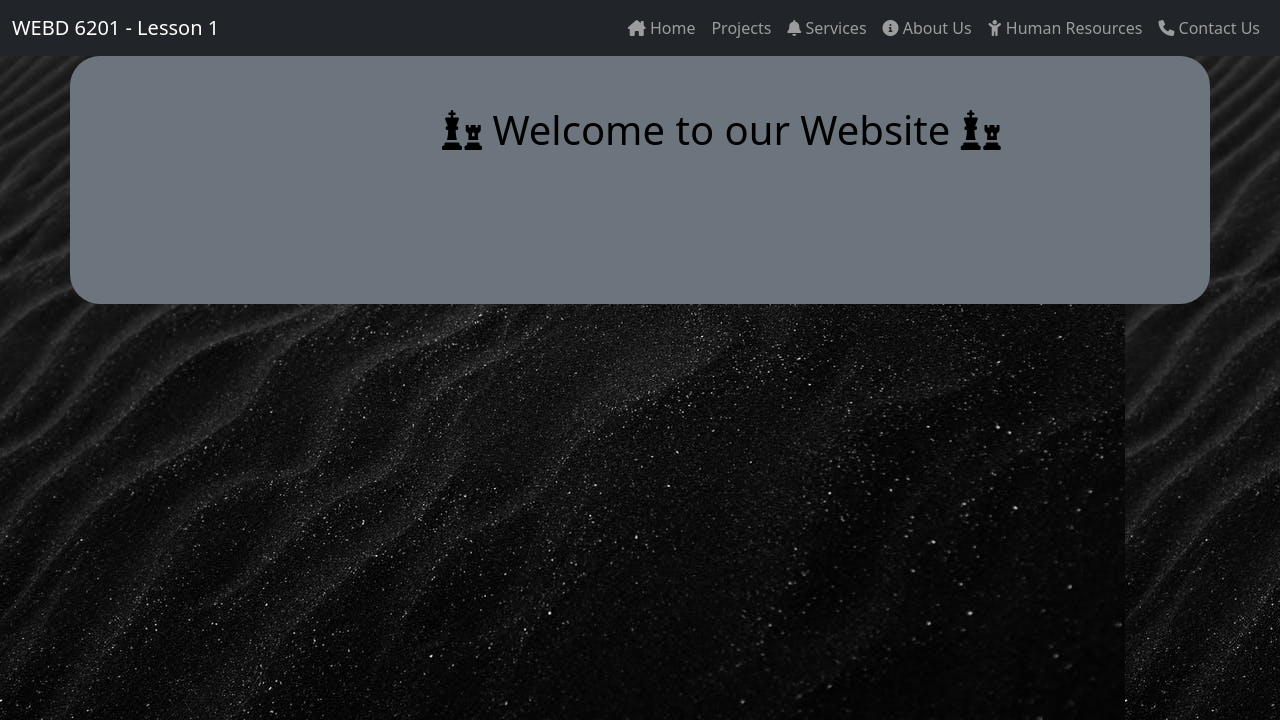
Repository: devanshudave1901/DevanshuDave_AngaranYogeswaranLab2
Page: index.html
An editor plug-in stored every save of this project. The page is shown before and after the next save, followed by the edit.
The browser window is 1280 px wide. The pictures show the whole page.

Above is the page before, as saved 2022-02-11 21:47:50.

### index.html
<!DOCTYPE html>
<html lang="en">
  <head>
    <meta charset="UTF-8" />
    <meta http-equiv="X-UA-Compatible" content="IE=edge" />
    <meta name="viewport" content="width=device-width, initial-scale=1.0" />
    <title>Home</title>
    <link
      rel="stylesheet"
      href="./node_modules/bootstrap/dist/css/bootstrap.min.css"
    />
    <link
      rel="stylesheet"
      href="./node_modules/@fortawesome/fontawesome-free/css/all.min.css"
    />
    <link rel="stylesheet" href="./Content/app.css" />
    <script src="./Scripts/app.js"></script>
  </head>
  <body>
    <nav class="navbar navbar-expand-lg navbar-dark bg-dark">
      <div class="container-fluid">
        <a class="navbar-brand" href="#">WEBD 6201 - Lesson 1</a>
        <button
          class="navbar-toggler"
          type="button"
          data-bs-toggle="collapse"
          data-bs-target="#navbarSupportedContent"
          aria-controls="navbarSupportedContent"
          aria-expanded="false"
          aria-label="Toggle navigation"
        >
          <span class="navbar-toggler-icon"></span>
        </button>
        <div class="collapse navbar-collapse" id="navbarSupportedContent">
          <ul class="navbar-nav ms-auto">
            <li class="nav-item active">
              <a class="nav-link" aria-current="page" href="./index.html"
                ><i class="fa-solid fa-house-chimney"></i> Home</a
              >
            </li>

            <li class="nav-item">
              <a class="nav-link" id="productsLink" href="./products.html"
                ><i class="fa-solid fa-th"></i> Products</a
              >
            </li>
            <li class="nav-item">
              <a class="nav-link" href="./services.html"
                ><i class="fa-solid fa-bell"></i> Services</a
              >
            </li>
            <li class="nav-item">
              <a class="nav-link" href="./about.html">
                <i class="fa-solid fa-circle-info"></i> About Us</a
              >
            </li>
            <li class="nav-item" id="humanResources"></li>
            <li class="nav-item">
              <a class="nav-link" href="./contact.html">
                <i class="fa-solid fa-phone"></i> Contact Us</a
              >
            </li>
          </ul>
        </div>
      </div>
    </nav>

    <div class="jumbotron bg-secondary container" id="contentArea">
      <h1 id="heading3"></h1>
    </div>
    <!-- 3RD Party Library-->
    <script src="./node_modules/jquery/dist/jquery.min.js"></script>
    <script src="./node_modules/bootstrap/dist/js/bootstrap.min.js"></script>
  </body>
</html>

### Content/app.css
#Contactform {
  padding: 10px 90px 50px 100px;
}
#Contactform label {
  color: cornsilk;
  padding-bottom: 10px;
  padding-top: 10px;
}

#Contactform button {
  margin-top: 20px;
  margin-left: 500px;
}
.formInputBox {
  padding-left: 60px;
  margin: 8px 0;
  border: dashed;
  box-sizing: border-box;
}

#contactId {
  padding-left: 520px;
  color: black;
}

* {
  box-sizing: border-box;
}

.column {
  float: left;
  width: 33.33%;
  padding: 20px;
}

/* Clearfix (clear floats) */
.row::after {
  content: "";
  clear: both;
  display: table;
}

#pArea {
  padding-top: 40px;
  padding-left: 250px;
  padding-bottom: 100px;
}
#pArea1 {
  padding-top: 40px;
  padding-left: 150px;
  padding-bottom: 100px;
  padding-right: 90px;
}
#contentArea {
  border-radius: 30px;
  color: white;
}

#aboutId {
  padding-left: 520px;
  color: black;
}
#serviceID {
  padding-left: 520px;
  color: black;
}
#projectsID {
  padding-left: 520px;
  color: black;
}
#heading1 {
  color: white;
  padding-left: 5px;
  padding-top: 50px;
  padding-bottom: 20px;
}
#heading2 {
  padding-top: 50px;
}
#resumeLink {
  padding-top: 20px;
}
img {
  background-repeat: no-repeat;
}
#heading3 {
  color: black;
  padding-top: 50px;
  padding-left: 360px;
  padding-right: 100px;
  padding-bottom: 150px;
}

### Scripts/app.js
window.addEventListener("load", start);

var PageTimer = 0;
// Calling this function ever seo
function formTimer() {
  window.setInterval("updateTime()", 1000);
}

function updateTime() {
  ++PageTimer;

  if (PageTimer == 3) {
    window.location.href = "./index.html";
  }
}

function contactPage() {
  // alert(document.title);
  //Variable that is used to get the Element of the contactId
  var contactId = document.getElementById("contactId");
  //Setting the innnerHTMl of the contactId to have say contact us and show favicon
  contactId.innerHTML = " <i class = 'fa-solid fa-comments'></i> Contact Us";

  var currentLink1 = document.getElementById("productsLink");
  // alert(currentLink1.textContent);
  currentLink1.textContent = "";
  // need to add the icon in js
  // currentLink1.textContent = "<i class='fa-solid fa-th'></i>";
  currentLink1.textContent = "Projects";

  var humanResourcesLink = document.getElementById("humanResources");
  humanResourcesLink.innerHTML =
    " <a class='nav-link' href='#'> <i class = 'fa-solid fa-child'></i> Human Resources</a>";
  var submitButtonClick = document.getElementById("submitButton");
  submitButtonClick.addEventListener("click", function (event) {
    event.preventDefault();
    var inputName = document.getElementById("InputName").value;
    var inputEmailAddress = document.getElementById("InputEmail1").value;
    var inputNumber = document.getElementById("InputNumber").value;
    var inputMessage = document.getElementById("InputMessage").value;

    console.log(
      "User Form Input" +
        "\n Name of the User: " +
        inputName +
        "\n Number of the User: " +
        inputNumber +
        "\n Email of the User: " +
        inputEmailAddress +
        "\n Message of the User: " +
        inputMessage
    );
    //Setting the value of Input Name,Email,Number,and Message to blank
    document.getElementById("InputName").value = "";
    document.getElementById("InputEmail1").value = "";
    document.getElementById("InputNumber").value = "";
    document.getElementById("InputMessage").value = "";

    formTimer();
  });
  //Set the background of the page to the dc logo
  document.body.style.backgroundImage = "url('images/bgImage1.jpeg')";
  document.body.style.backgroundRepeat = "repeat";
}
function productPage() {
  //get the element of the projectID
  var projectsHeading = document.getElementById("projectsID");
  //Set the InnnerHtml to show box favicon and Our Projects text
  projectsHeading.innerHTML = " <i class = 'fa-solid fa-box'></i> Our Projects";

  var currentLink1 = document.getElementById("productsLink");
  // alert(currentLink1.textContent);
  currentLink1.textContent = "";
  // need to add the icon in js
  // currentLink1.textContent = "<i class='fa-solid fa-th'></i>";
  currentLink1.textContent = "Projects";
  //storing element of humanResources id in the humanResourcesLink
  var humanResourcesLink = document.getElementById("humanResources");
  //Setting the innnerHTML of the humanResourcesLink to print favicon and Human Resources text
  humanResourcesLink.innerHTML =
    " <a class='nav-link' href='#'> <i class = 'fa-solid fa-child'></i> Human Resources</a>";
  //setting the background image to the dc logo Jpeg
  document.body.style.backgroundImage = "url('images/dc logo.jpg')";
  //Storing the Element of paragraph1 in the paragraph1 variable
  var paragraph1 = document.getElementById("paragraph1");
  //Storing the text in the innerHTML of the paragraph1
  paragraph1.innerHTML =
    "This was one of our first programming assignments in this Durham College Program" +
    " and this was one of the first assignments that we both really enjoyed building with" +
    " in the Python Programming Language.";
  //Storing the Element of paragraph2 in the paragraph2 variable
  var paragraph2 = document.getElementById("paragraph2");
  //Storing the text in the innerHTML of the paragraph2
  paragraph2.innerHTML =
    "This was one assignment that we had to do for our Systems" +
    " Automation class we enjoyed this assignemnt becuase it was great" +
    " to learn about this new technology that we could use for testing" +
    " websites and applications.";
  //Storing the Element of paragraph3 in the paragraph3 variable
  var paragraph3 = document.getElementById("paragraph3");
  //Storing the text in the innerHTML of the paragraph3
  paragraph3.innerHTML =
    "This was our Linux assignment where we had to use packet managers" +
    " to find applications and install them using Command Line prompts in" +
    " the Linux operating system. This was one of our favourites becuase" +
    " it was great to learn about the Linux operating system becuase it" +
    " was new to us.";
}

function servicePage() {
  //Storing the Element of paragraph1 in the paragraph1 variable
  var ServiceHeading = document.getElementById("serviceID");
  //Setting the innerHTML of ServiceHeading to truck favicon and to print Our Services
  ServiceHeading.innerHTML =
    " <i class = 'fa-solid fa-truck'></i> Our Services";
  //Storing the Element of productsLink to currentLink1 variable
  var currentLink1 = document.getElementById("productsLink");
  //Setting the textContent of the currentLink1 to nothing
  currentLink1.textContent = "";
  // need to add the icon in js
  // currentLink1.textContent = "<i class='fa-solid fa-th'></i>";
  currentLink1.textContent = "Projects";
  //Storing the element of the humanResources to the humanResourcesLink
  var humanResourcesLink = document.getElementById("humanResources");
  //Setting the innnerHTML of the humanResourcesLink to print favicon and Human Resources
  humanResourcesLink.innerHTML =
    " <a class='nav-link' href='#'> <i class = 'fa-solid fa-child'></i> Human Resources</a>";
  //Set background to dc logo image.
  document.body.style.backgroundImage = "url('images/dc logo.jpg')";
  //Storing the element of paragraph4 to the paragraph4 variable
  var paragraph4 = document.getElementById("paragraph4");
  //storing text in paragraph4 innerHTML
  paragraph4.innerHTML =
    "One of the services that we provide is custom programming for any project:" +
    "that you need for any size whether its for a big company or small company" +
    "with only few people.";
  //Storing the element of paragraph5 to the paragraph5 variable
  var paragraph5 = document.getElementById("paragraph5");
  //Storing text in paragraph5 innerHTML
  paragraph5.innerHTML =
    "Mobile Development is another one of our services that we provide" +
    "because many of our clients need mobile applications for their " +
    "business needs.";
  //Storing the element of paragraph6 to paragraph6 variable
  var paragraph6 = document.getElementById("paragraph6");
  //Storing text in paragraph6 innerHTML
  paragraph6.innerHTML =
    "Web-Development is another one of our major services that we provide" +
    "because alot of our clients enjoy how we build websites and appreciate" +
    "our website design.";
}
function aboutPage() {
  //Storing element of aboutId in getHeading
  var getHeading = document.getElementById("aboutId");
  //setting getHeading of innerHTML to print About us and Favicon
  getHeading.innerHTML = "  <i class = 'fa-solid fa-user'></i> About Us";
  //Store element of productsLink in currentLink1 variable
  var currentLink1 = document.getElementById("productsLink");
  // alert(currentLink1.textContent);
  //Set textContent of currentLink1 to blank
  currentLink1.textContent = "";
  // need to add the icon in js
  // currentLink1.textContent = "<i class='fa-solid fa-th'></i>";
  //set textContent of currentLink1 to projects
  currentLink1.textContent = "Projects";

  var humanResourcesLink = document.getElementById("humanResources");
  humanResourcesLink.innerHTML =
    " <a class='nav-link' href='#'> <i class = 'fa-solid fa-child'></i> Human Resources</a>";
  document.body.style.backgroundImage = "url('images/dc logo.jpg')";
  var heading1;

  var heading2;
  heading1 = document.getElementById("heading1");
  heading1.innerHTML =
    "This is a picture of Angaran. Angaran is a 2nd year student in the Computer Programmer Analyst Program" +
    "at Durham College. His Hobbies include playing sports and watching movies. Here is a link to his resume";

  heading2 = document.getElementById("heading2");
  heading2.innerHTML =
    "This is a picture of Devanshu. Devanshu is a second year student in the Durham College " +
    "Computer Programmer Analyst Program. His Hobbies inlcude playing games and programming.";
}

function homePage() {
  var currentLink1 = document.getElementById("productsLink");

  currentLink1.textContent = "";

  // need to add the icon in js
  // currentLink1.textContent = "<i class='fa-solid fa-th'></i>";
  currentLink1.textContent = "Projects";

  var humanResourcesLink = document.getElementById("humanResources");
  humanResourcesLink.innerHTML =
    " <a class='nav-link' href='#'> <i class = 'fa-solid fa-child'></i> Human Resources</a>";

  document.body.style.backgroundImage = "url('images/dc logo.jpg')";
  var heading3;

  heading3 = document.getElementById("heading3");
  heading3.innerHTML =
    "<i class = 'fa-solid fa-chess'></i> Welcome to our Website <i class = 'fa-solid fa-chess'></i>";
  document.body.style.backgroundImage = "url('images/bgImage1.jpeg')";
  document.body.style.backgroundRepeat = "repeat";
}
function start() {
  switch (document.title) {
    case "Home":
      homePage();
      break;
    case "Services":
      servicePage();

      break;
    case "Products":
      productPage();
      break;
    case "Contact Us":
      contactPage();
      break;
    case "About Us":
      aboutPage();
      break;
  }
}

Loaded but not shown: node_modules/bootstrap/dist/css/bootstrap.min.css (library); node_modules/@fortawesome/fontawesome-free/css/all.min.css (library); node_modules/jquery/dist/jquery.min.js (library); node_modules/bootstrap/dist/js/bootstrap.min.js (library)

After the next save:
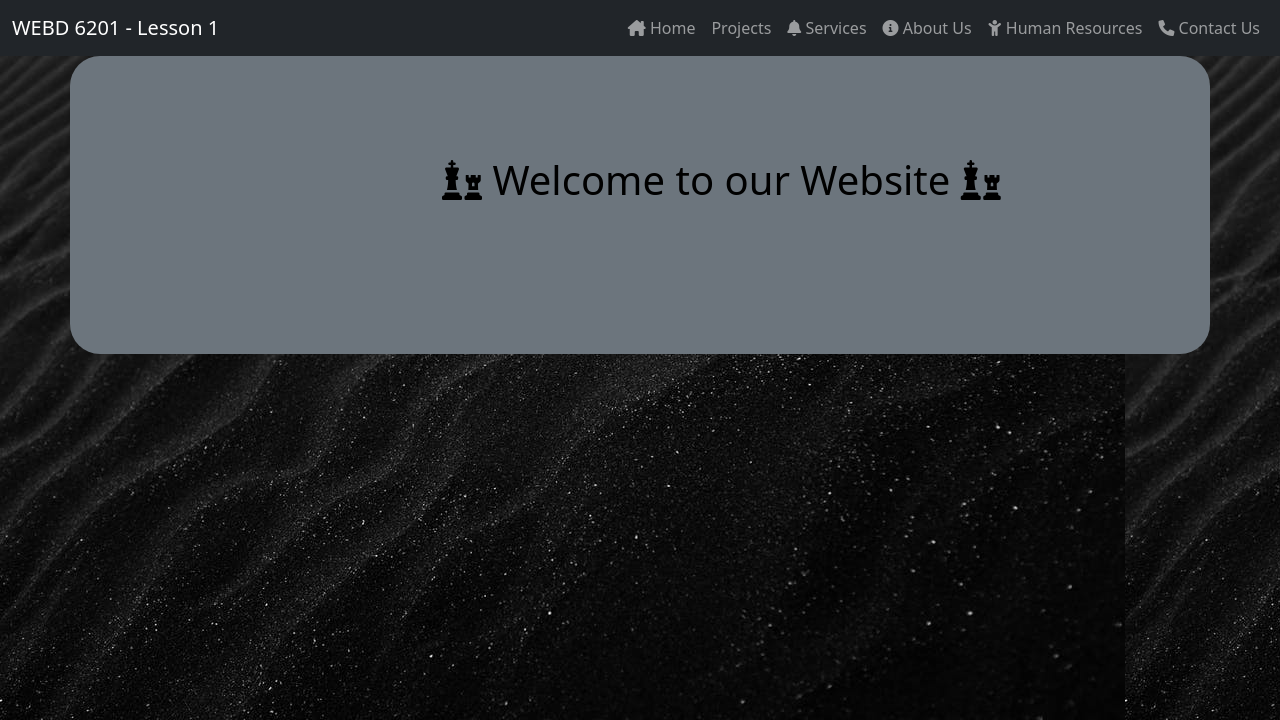
Saved 6 s later.
--- a/Content/app.css
+++ b/Content/app.css
@@ -85,7 +85,7 @@ img {
 }
 #heading3 {
   color: black;
-  padding-top: 50px;
+  padding-top: 100px;
   padding-left: 360px;
   padding-right: 100px;
   padding-bottom: 150px;
